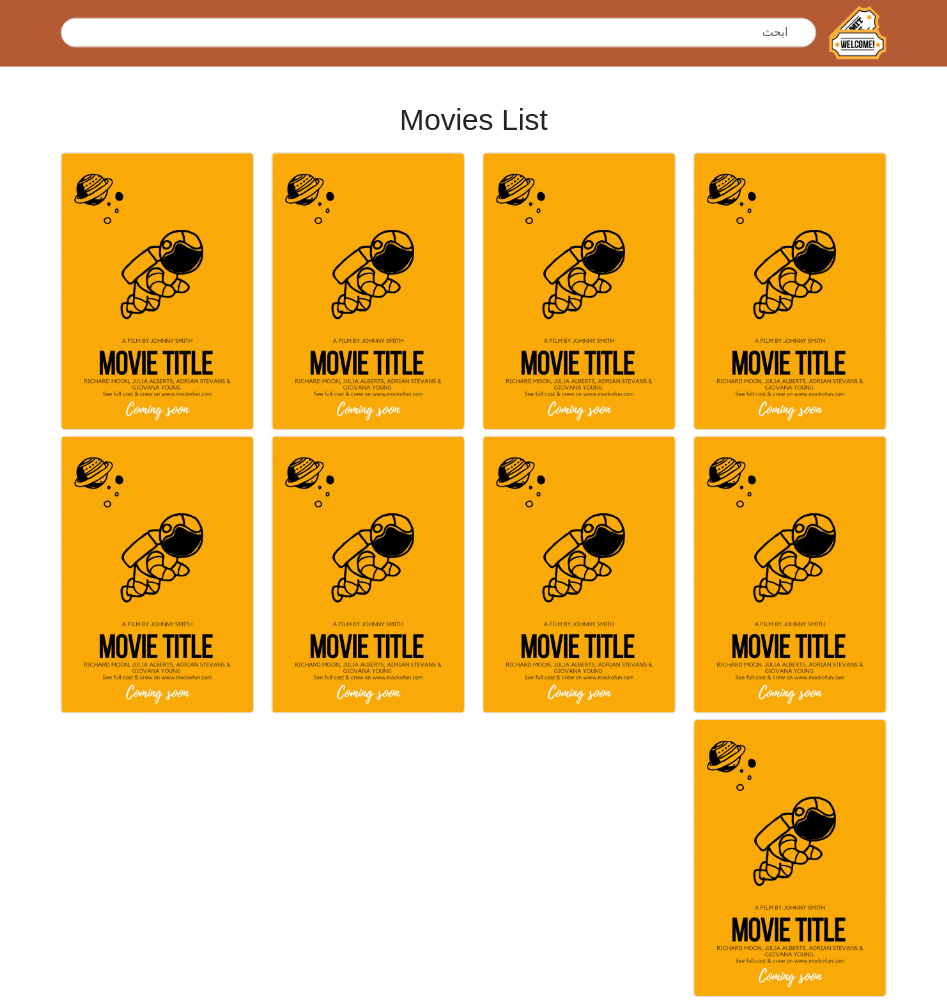
Repository: kerlos-alfy/Movie-List
Page: /
The author's editor kept a copy of each file at every save. The page is drawn from the files as they stood at one save, then again after the next save.
The browser window is 1280 px wide. The pictures show the whole page, at 74% of full size.
The project was rebuilt for these pictures with package versions that can differ from the ones it lists, and the page was loaded fresh each time. Also part of the build but not shown: vite.config.js, src/App.css.

Above is the page before, as saved 2025-01-14 07:09:30.

### index.html
<!DOCTYPE html>
<html lang="ar" dir="rtl">
	<head>
		<meta charset="UTF-8" />
		<link rel="icon" type="image/svg+xml" href="https://www.svgrepo.com/show/289436/movies-clapperboard.svg" />
		<link
			rel="stylesheet"
			href="https://cdn.jsdelivr.net/npm/bootstrap@5.3.3/dist/css/bootstrap.min.css"
			integrity="sha384-QWTKZyjpPEjISv5WaRU9OFeRpok6YctnYmDr5pNlyT2bRjXh0JMhjY6hW+ALEwIH"
			crossorigin="anonymous" />
		<meta name="viewport" content="width=device-width, initial-scale=1.0" />
		<title>Movies List</title>
	</head>
	<body>
		<div id="root"></div>
		<script type="module" src="/src/main.jsx"></script>
	</body>
</html>

### src/index.css
body {
	margin: 0;
}
.color-body {
	background-color: white;
	height: 100vh;
}
.nav-style {
	height: 90px;
	width: 1440px;
	background-color: #b45b35;
}

.logo {
	height: 72px;
	width: 78px;
}

.search {
	position: relative;
}

.search input {
	height: 40px;
	text-indent: 25px;
	border-radius: 20px;
}

.search input:focus {
	box-shadow: none;
	border: 2px solid red;
}
.search .fa-search {
	position: absolute;
	top: 12px;
	left: 16px;
}

.card {
	position: relative;
	transition: all 0.5s ease-in;
	cursor: pointer;
	height: 375px;
}

.card__image {
	display: block;
	width: 100%;
	height: 100%;
	border-radius: 5px;
}

.card__overlay {
	position: absolute;
	top: 0;
	bottom: 0;
	left: 0;
	right: 0;
	height: 100%;
	width: 100%;
	opacity: 0;
	visibility: none;
	transition: 0.5s ease;
	background-color: #393839;
}

.card:hover .card__overlay {
	opacity: 0.8;
}

.overlay__text {
	color: white;
	font-size: 16px;
	font-weight: bold;
	position: absolute;
	top: 50%;
	left: 50%;
	-webkit-transform: translate(-50%, -50%);
	-ms-transform: translate(-50%, -50%);
	transform: translate(-50%, -50%);
}

.font {
	font-family: "Almarai", sans-serif;
	font-family: "Cairo", sans-serif;
}

.color {
	color: #b45b35;
	background-color: #b45b35;
}

.card-detalis {
	height: 370px;
	border-radius: 20px;
	background-color: #f8f8f8;
}
.card-story {
	height: 300px;
	border-radius: 20px;
	background-color: #f8f8f8;
}
.img-movie {
	height: 360px;
	padding: 10px;
	border-radius: 20px;
}

.card-text-details {
	color: #555555;
	font-family: Almarai;
	font-size: 28px;
	font-weight: bold;
	letter-spacing: 0;
	line-height: 49px;
}

.card-text-story {
	color: #555555;
	font-family: Almarai;
	font-size: 18px;
	letter-spacing: 0;
	line-height: 32px;
}
.card-text-title {
	color: #555555;
	font-family: Almarai;
	font-size: 36px;
	font-weight: bold;
	letter-spacing: 0;
	line-height: 49px;
}

### src/App.jsx
import "./App.css";
import { Container } from "react-bootstrap";
import NavBar from "./assets/components/NavBar";
import MoviesList from "./assets/components/MoviesList";
function App() {
	return (
		<div className="font color-body">
			<NavBar />
			<Container>
				<h1 className="text-center mt-5">Movies List</h1>

				<MoviesList />
			</Container>
		</div>
	);
}

export default App;

### src/assets/components/NavBar.jsx
import { Container, Row, Col } from "react-bootstrap";
function NavBar() {
	return (
		<div className="nav-style w-100">
			<Container>
				<Row className="pt-2 ">
					<Col xs="2" lg="1">
						<a href="/">
							<img className="logo" src="logo.png" alt="dfs" />
						</a>
					</Col>
					<Col xs="10" lg="11" className=" d-flex align-items-center">
						<div className="search  w-100">
							<i className="fa fa-search"></i>
							<input type="text" className="form-control" placeholder="ابحث" />
						</div>
					</Col>
				</Row>
			</Container>
		</div>
	);
}

export default NavBar;

### src/assets/components/MoviesList.jsx
import { Row } from "react-bootstrap";
import CardMovie from "./CardMovie";
function MoviesList() {
	return (
		<Row className="mt-3">
			<CardMovie />
			<CardMovie />
			<CardMovie />
			<CardMovie />
			<CardMovie />
			<CardMovie />
			<CardMovie />
			<CardMovie />
			<CardMovie />
		</Row>
	);
}

export default MoviesList;

### src/assets/components/CardMovie.jsx
import { Col } from "react-bootstrap";

function CardMovie() {
	return (
		<Col xs="6" sm="6" md="4" lg="3" className="my-1">
			<div className="card">
				<img className="card__image" src="prof.jpg" alt="hu" />
				<div className="card__overlay">
					<div className="overlay__text text-center w-100 p-2">
						<p>اسم الفيلم : </p>
						<p>تاريخ الاصدار:</p>
						<p>عدد المقيمين: </p>
						<p>التقييم: </p>
					</div>
				</div>
			</div>
		</Col>
	);
}

export default CardMovie;

Loaded but not shown: src/main.jsx (common file)

After the next save:
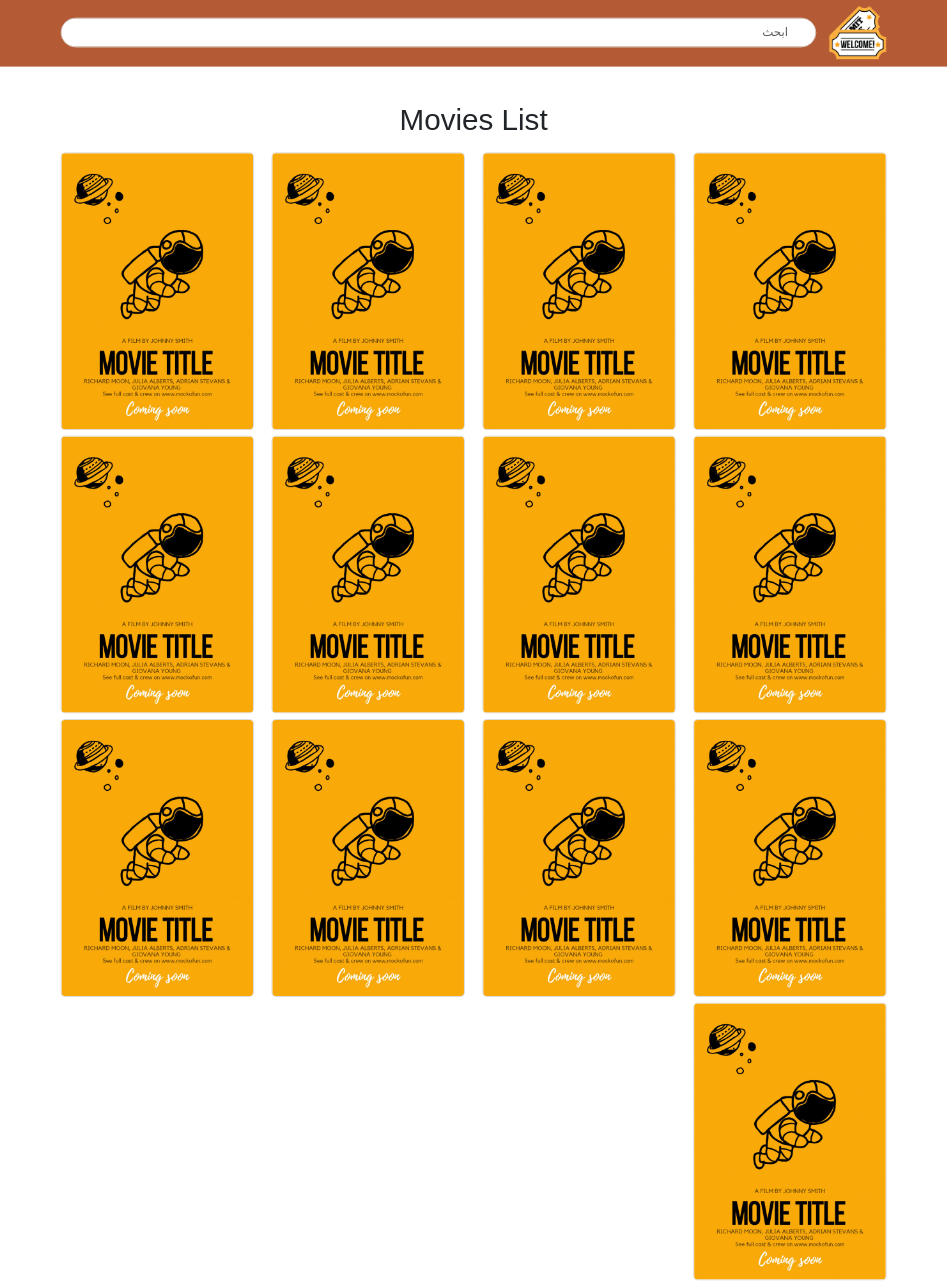
Saved 5 s later.
--- a/src/assets/components/MoviesList.jsx
+++ b/src/assets/components/MoviesList.jsx
@@ -12,6 +12,10 @@ function MoviesList() {
 			<CardMovie />
 			<CardMovie />
 			<CardMovie />
+			<CardMovie />
+			<CardMovie />
+			<CardMovie />
+			<CardMovie />
 		</Row>
 	);
 }
